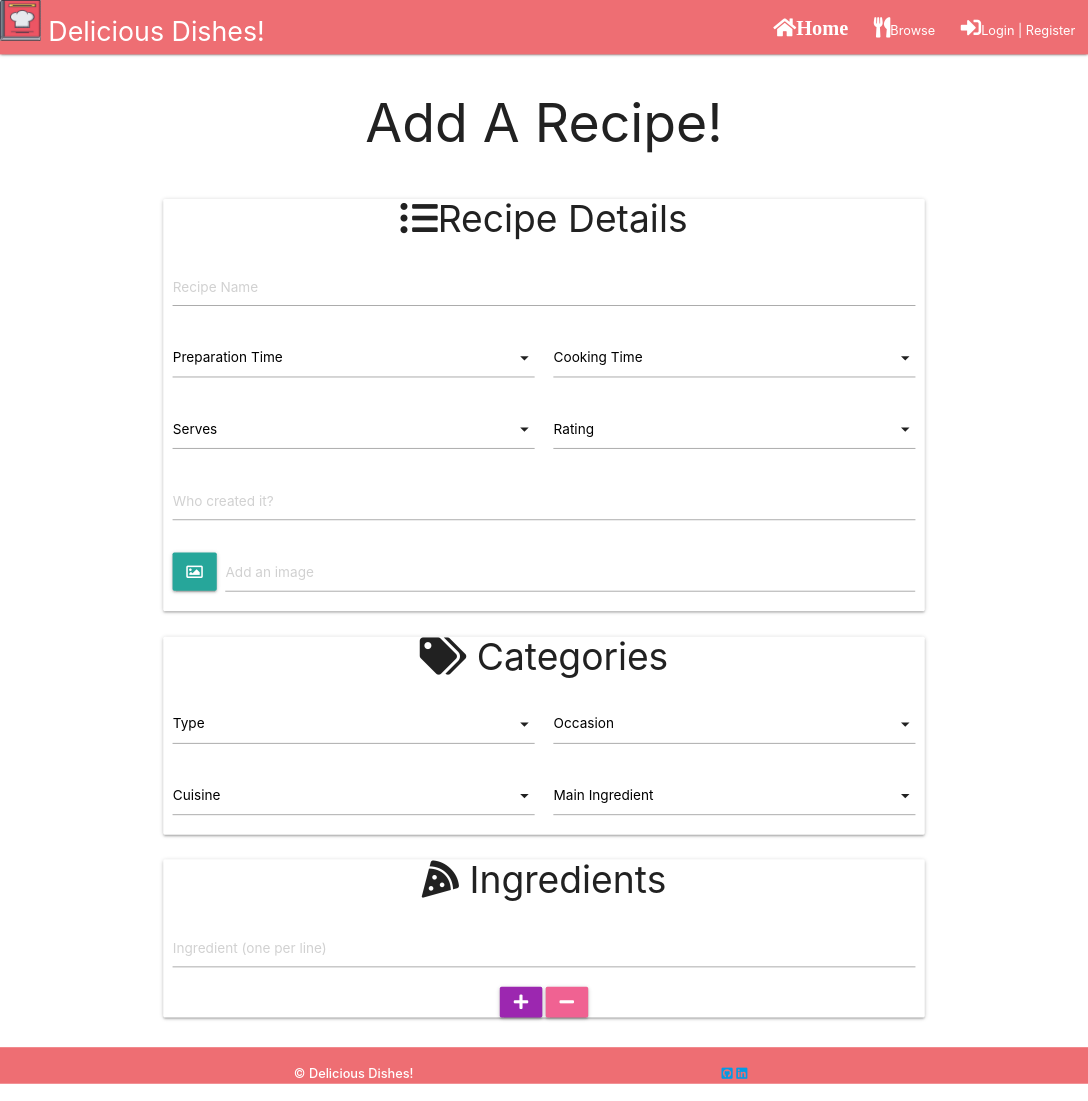
Repository: hebs87/cookbook-milestone-project-three
Page: templates/add_recipe.html
The author's editor kept a record of every edit. The page is drawn from the files as they stood at one moment, then again after the next edit.
The browser window is 1280 px wide. The pictures show the whole page, at 85% of full size.
Some web libraries are served in a nearby version. The page is served by the project's application, run on Flask 3 (app.py). The template is opened directly, without the code that normally fills it, so the values that code supplies are empty.

Above is the page before.

After the next edit:
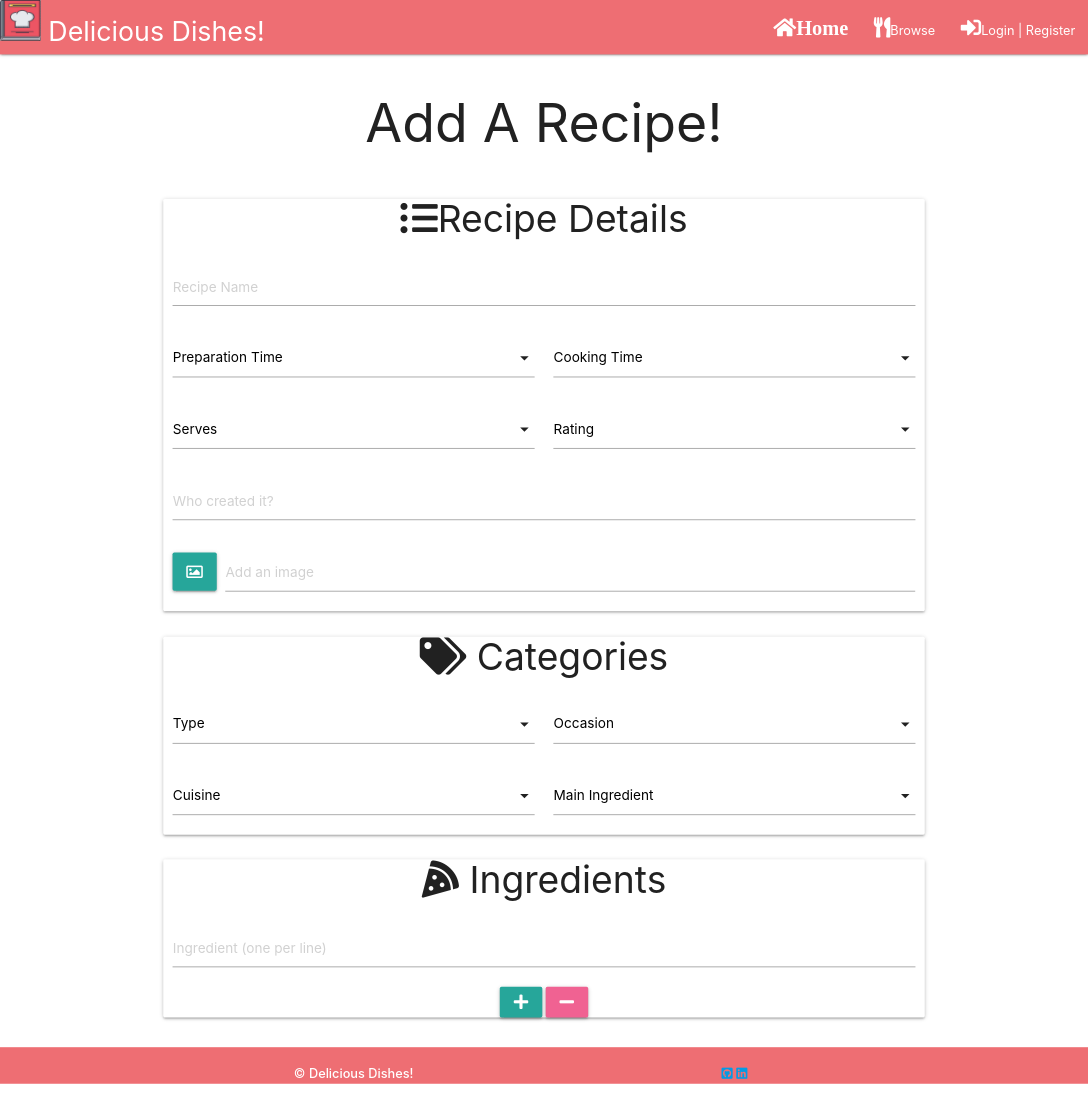
The edit:
--- a/templates/add_recipe.html
+++ b/templates/add_recipe.html
@@ -108,7 +108,7 @@
                 <label for="ingredients"></label>
             </div>
             <!--Add Ingredient Row Btn-->
-            <button type="button" class="add-ing btn purple text-shadow-2">
+            <button type="button" class="add-ing waves-effect waves-light btn">
                 <i class="fas fa-plus material-icons" aria-hidden="true"></i>
             </button>
 
